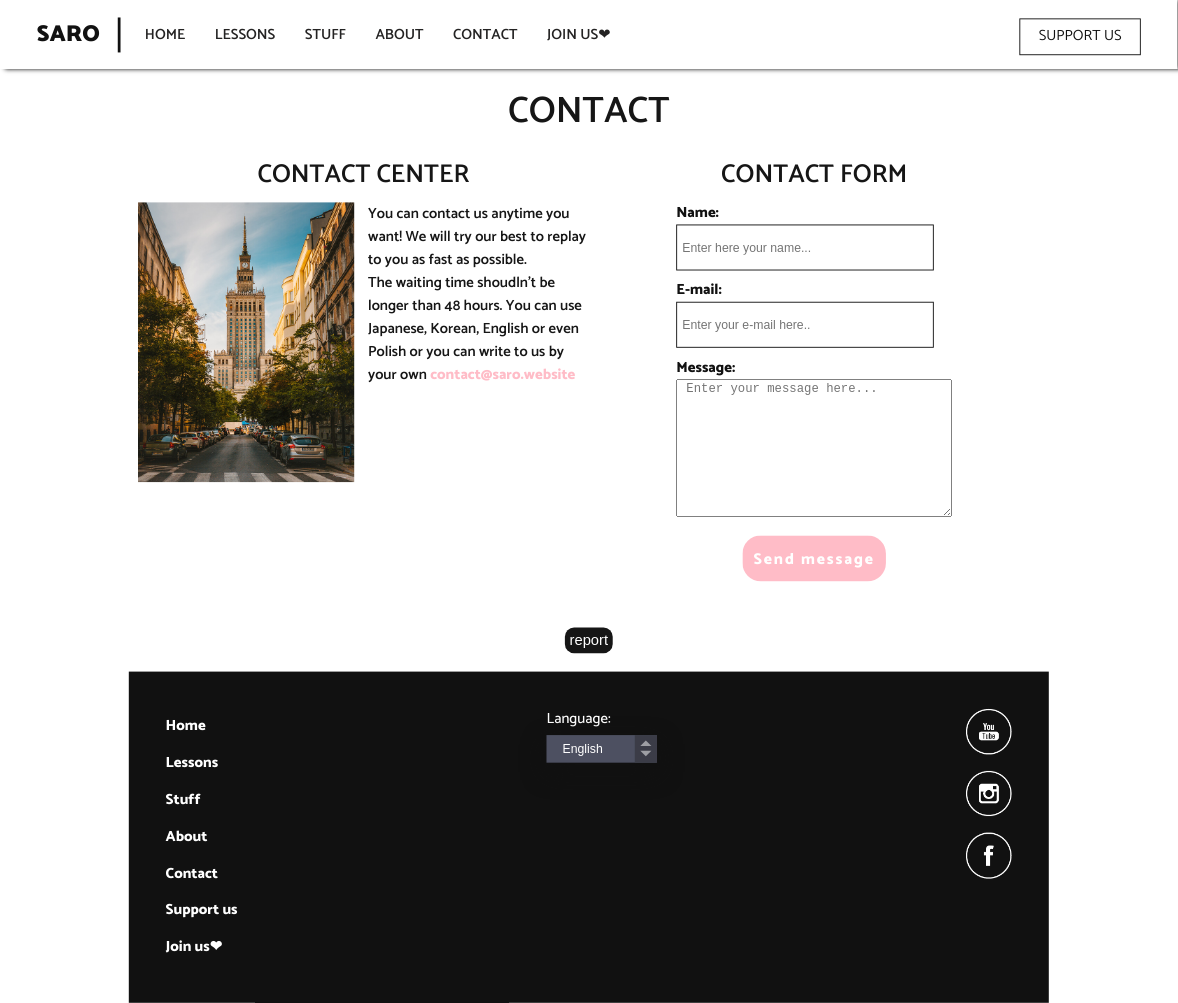
Repository: michalskirobert/SARO
Page: contact.html
An editor plug-in stored every save of this project. The page is shown before and after the next save, followed by the edit.
The browser window is 1280 px wide. The pictures show the whole page, at 92% of full size.

Above is the page before, as saved 2020-10-30 13:11:10.

### contact.html
<!DOCTYPE html>
<html lang="en">

<head>
    <meta charset="UTF-8">
    <meta name="description"
        content="We are SARO. We offer free Polish lessons! This project was created as a result of a desire to help people, teaching the Polish language and share our culture and curiosities">
    <meta name="keywords"
        content="Polish lessons, Polish lessons online, online, lessons online, Polish online, free Polish lessons, polish lessons, Polska, polskie lekcje, lekcje języka polskiego, przepisy, recipes, recipe, polish foods recipe, recipes of Polish foods, żurek, naleśniki, gołąbki, żurek recipe, naleśniki recipe, gołąbki recipe, Polish cabbage rolls recipe, Polish free lessons, how to learn Polish, where to learn Polish, przypadki, polish declensions, how to make Polish words, how to make Polish sentences, SARO, SARO Polish lessons for free, SARO Polish, saro Polish lessons, Polish, Poland, Polska, polski, język polski, Polish hangman, saro, course, online, courses, english, japanese, Polish, Polish lessons, Polish curiosities, Polish tradition, Saro Polish langauge lessons online, Polish grammar, Polish media, Polish movies, Polish music, Polish foods, Polish food, pierogi, naleśniki, the best website for studying Polish, Polish lessons, Polish dictionary, Saro, Sa, Ro, Saki, Robert, Polish pronunciation, how to speak Polish, Warszawa, Warsaw, Wrocław, Wroclaw, Gdańsk, Polish cases, przypadki, Polish ortography, Polish culture, Polish traditions">
    <meta name="author" content="Robert Michalski">
    <meta name="viewport" content="width=device-width, initial-scale=1.0">
    <meta property="og:site_name" content="Saro.Website with free Polish lessons" />
    <meta property="og:url" content="www.saro.website" />
    <meta property="og:type" content="website" />
    <meta name="title" property="og:title" content="Saro.Website with free Polish lessons" />
    <meta name="image" property="og:image" content="https://saro.website/assets/img/bg/header-banner.jpg" />
    <meta property="og:image:type" content="image/png">
    <meta property="og:image:width" content="1024">
    <meta property="og:image:height" content="1024">
  <script defer src="https://saro.website/assets/js/cookie.js"></script>
    <script data-ad-client="ca-pub-5704095251892500" defer
        src="https://pagead2.googlesyndication.com/pagead/js/adsbygoogle.js"></script>
    <link rel="stylesheet" href="./assets/style/css/style.css">
    <title>Welcome to SARO - Contact</title>
</head>

<body>
    <header>
        <a href="index.html" class="header-brand">SARO</a>
        <nav>
            <button class="hamburger" aria-expanded="false">
                <div class="bar"></div>
                <div class="bar"></div>
                <div class="bar"></div>
            </button>
            <ul class="nav__desktop">
                <li><a class="nav" href="./index.html">Home</a></li>
                <li><a class="nav" href="./lessons.html">Lessons</a></li>
                <li><a class="nav" href="./stuff/index.html">Stuff</a></li>
                <li><a class="nav" href="./about.html">About</a></li>
                <li><a class="nav" href="./contact.html">Contact</a></li>
                <li><a class="nav" href="./join/">Join us❤</a></li>
            </ul>
            <a href="support_us.html" class="header-cases">Support us</a>
        </nav>
        <ul class="nav-list">
            <li><a href="index.html" class="header-brand--after">SARO</a></li>
            <li><a class="nav-links" href="./index.html">Home</a></li>
            <li><a class="nav-links" href="./lessons.html">Lessons</a></li>
            <li><a class="nav-links" href="./stuff/index.html">Stuff</a></li>
            <li><a class="nav-links" href="./about.html">About</a></li>
            <li><a class="nav-links" href="./contact.html">Contact</a></li>
            <li><a class="nav-links" href="./join/">Join us❤</a></li>
            <li><a class="nav-links" href="./support_us.html">Support us❤</a></li>
        </ul>
        <script src="./assets/js/menu.js"></script>
    </header>
    <main>
        <section class="contact">
            <div class="wrapper">
                <h1>Contact</h1>
                <div class="contact__container">
                    <div class="contact__box contact__box--item">
                        <div class="contact__box">
                            <h2>Contact center</h2>
                            <img class="image-left__center" src="./assets/img/embl/warsaw_pkin.jpg" alt="Contact SARO">
                            <p>You can contact us anytime you want! We will try our best to replay to you as fast as
                                possible.</p>
                            <p>The waiting time shoudln't be longer than 48 hours. You can use Japanese, Korean, English
                                or
                                even Polish or you can write to us by your own <a
                                    href="mailto:contact@saro.website">contact@saro.website</a></p>
                        </div>
                    </div>
                    <div class="contact__box contact__box--item">
                        <div class="contact__box">
                            <h2>Contact form</h2>
                            <form method="post">
                                <input type="text" name="language" id="language" value="en" style="display: none;">
                                <label for="name">Name:</label>
                                <input type="text" name="name" id="name" class="form-control"
                                    placeholder=" Enter here your name..." required>
                                <label for="email">E-mail:</label>
                                <input type="email" name="email" id="email" class="form-control"
                                    placeholder=" Enter your e-mail here.." required>
                                <label for="message">Message:</label>
                                <textarea name="message" id="message" placeholder=" Enter your message here..." row="10"
                                    required></textarea>
                                <div class="g-recaptcha" data-sitekey="6LePq8oZAAAAADzsXuOoCMldDwNQAVSSZPkOCebE"></div>
                                <p id="ajaxResponseSuccess" role="alert">
                                </p>
                                <p id="ajaxResponseFail" role="alert">
                                </p>
                                <button type="button" onclick="sendMail()" class="form__button">Send
                                    message</button>
                            </form>
                        </div>
                    </div>
                    <div class="reportButton">
                        <button class="report" onclick="report()">report</button>
                    </div>
                </div>
            </div>
            <script src="./assets/js/mail.js"></script>
            <div id="reportWindow"></div>
            <script src="./assets/js/report.js"></script>
        </section>
    </main>
    <div class="wrapper">
        <footer>
            <ul>
                <li><a href="../index.html">Home</a></li>
                <li><a href="../lessons.html">Lessons</a></li>
                <li><a href="./stuff/">Stuff</a></li>
                <li><a href="../about.html">About</a></li>
                <li><a href="../contact.html">Contact</a></li>
                <li><a href="../support_us.html">Support us</a></li>
                <li><a href="../join/">Join us❤</a></li>
            </ul>
            <div class="footer-links-cases">
                <label for="language" class="language">Language:</label><br>
                <div class="custom-select">
                    <select id="language" onchange="window.location=this.options[this.selectedIndex].value">
                        <option value="" disabled selected>English</option>
                        <option value="https://saro.website/jp/contact.html">日本語</option>
                        <option value="https://saro.website/kr/contact.html">한국어</option>
                        <option value="https://saro.website/ch/contact.html">中文</option>
                        <option value="https://saro.website/vi/contact.html">Tiếng Việt</option>
                    </select>
                    <span class="custom-arrow"></span>
                </div>
            </div>
            <div class="footer-sm">
                <a href="https://www.youtube.com/channel/UCfmBNdamq_Z70lFx-m4wpWA" target="_blank"><img
                        src="./assets/img/icons/YouTube1.png" alt="YouTube icon"></a>
                <a href="https://www.instagram.com/sarowebsite/" target="_blank"><img
                        src="./assets/img/icons/Instagram.png" alt="Instagram icon"></a>
                <a href="https://www.facebook.com/SARO-Free-Polish-Lessons-106067287815397" target="_blank"><img
                        src="./assets/img/icons/Facebook.png" alt="Facebook icon"></a>
            </div>
        </footer>
        <script src="https://www.google.com/recaptcha/api.js?onload=onloadCallback&render=explicit" async
            defer></script>
    </div>
</body>
<script src="https://www.google.com/recaptcha/api.js" async defer></script>
</html>

Loaded but not shown: assets/js/report.js (83 lines, source omitted); assets/js/mail.js (71 lines, source omitted); assets/style/css/style.css (4313 lines, source omitted); assets/js/menu.js (no copy from this time; the picture is the same without it)

After the next save:
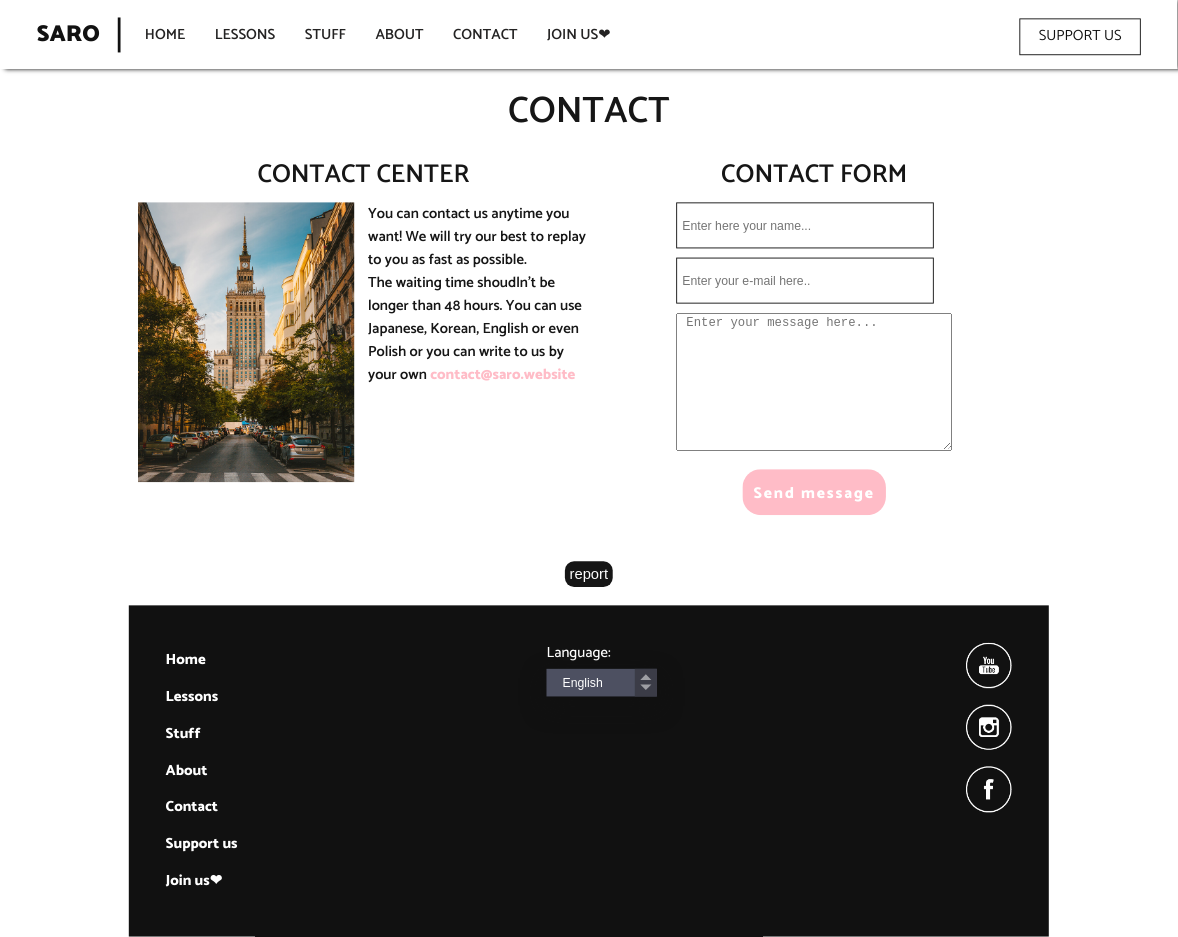
Saved 23 s later.
--- a/contact.html
+++ b/contact.html
@@ -77,13 +77,13 @@
                             <h2>Contact form</h2>
                             <form method="post">
                                 <input type="text" name="language" id="language" value="en" style="display: none;">
-                                <label for="name">Name:</label>
+
                                 <input type="text" name="name" id="name" class="form-control"
                                     placeholder=" Enter here your name..." required>
-                                <label for="email">E-mail:</label>
+
                                 <input type="email" name="email" id="email" class="form-control"
                                     placeholder=" Enter your e-mail here.." required>
-                                <label for="message">Message:</label>
+
                                 <textarea name="message" id="message" placeholder=" Enter your message here..." row="10"
                                     required></textarea>
                                 <div class="g-recaptcha" data-sitekey="6LePq8oZAAAAADzsXuOoCMldDwNQAVSSZPkOCebE"></div>
